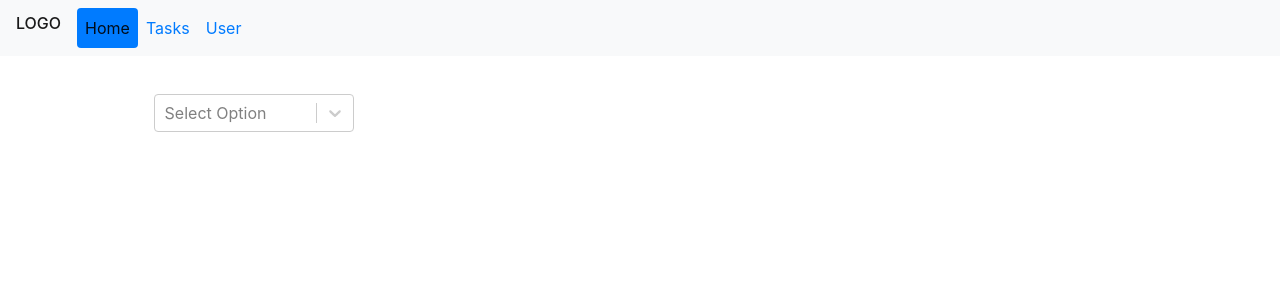
Repository: lalji-yadav/Nimapinfotech-demo-project
Page: /
These files come from the project's save history. The page is drawn as it stood at one moment and after the next save; the edit follows.
The browser window is 1280 px wide. The pictures show the whole page.
The project was rebuilt for these pictures with package versions that can differ from the ones it lists, and the page was loaded fresh each time. Also part of the build but not shown: src/components/Tasks.js, src/components/Users.js, src/components/Login.js.

Above is the page before, as saved 2021-01-18 11:48:36.

After the next save:
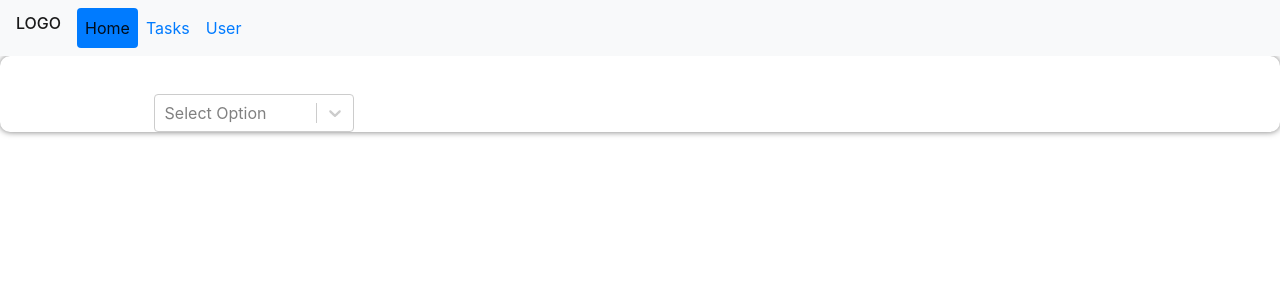
Saved 83 s later.
--- a/src/components/Home.js
+++ b/src/components/Home.js
@@ -29,7 +29,7 @@ const Home=()=> {
       }
 
         return (
-            <div style={{padding:"3% 12% 0% 12%"}}>
+            <div className="effect1" style={{padding:"3% 12% 0% 12%"}}>
                 <div style={{width:"200px"}}>
                 <Select
                     placeholder="Select Option"
